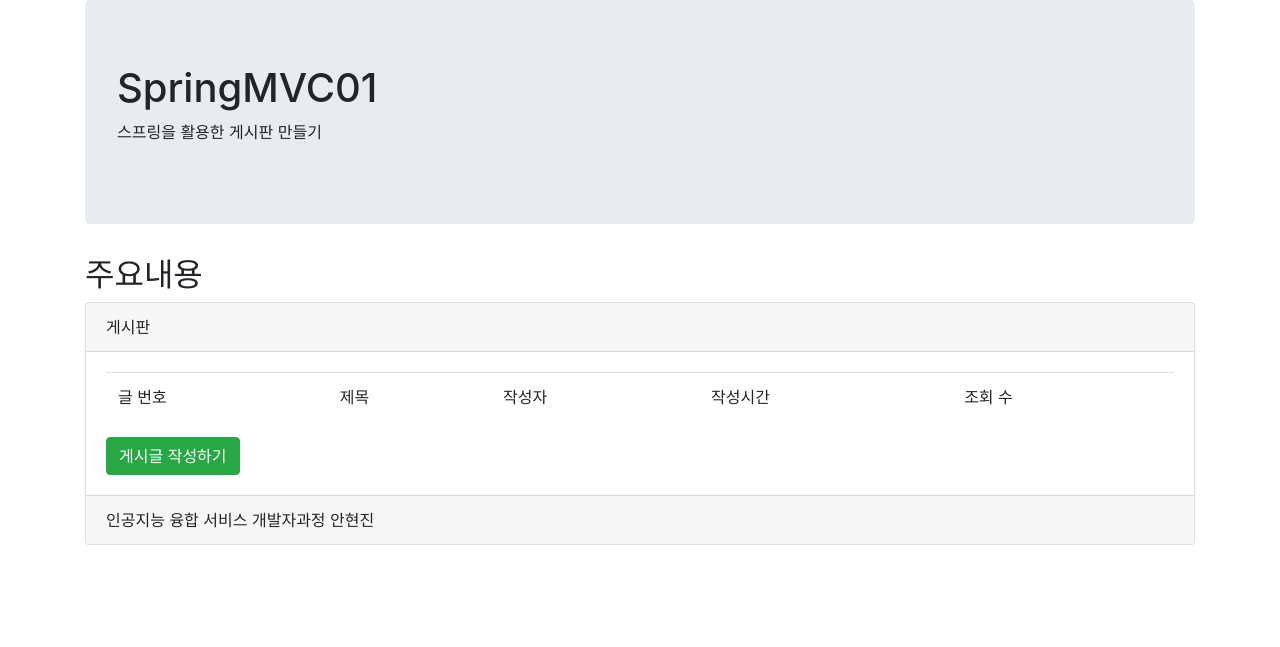
Repository: JangGunWook/Spring_webStudy
Page: http://localhost/SpringMVC01/WEB-INF/views/boardList.jsp
These files come from the project's save history. The page is drawn as it stood at one moment and after the next save; the edit follows.
The browser window is 1280 px wide. The pictures show the whole page.
The page is served by Tomcat 9. Nobody is signed in. Other server files are loaded and not shown. The template is opened directly, without the code that normally fills it, so the values that code supplies are empty.

Above is the page before, as saved 2023-10-20 00:43:01.

### SpringMVC01/src/main/webapp/WEB-INF/views/boardList.jsp
<%@ page language="java" contentType="text/html; charset=UTF-8"
	pageEncoding="UTF-8"%>
<%@taglib prefix="c" uri="http://java.sun.com/jsp/jstl/core" %>
<!DOCTYPE html>
<html lang="en">
<head>
<title>Bootstrap Example</title>
<meta charset="utf-8">
<meta name="viewport" content="width=device-width, initial-scale=1">
<link rel="stylesheet"
	href="https://cdn.jsdelivr.net/npm/bootstrap@4.6.2/dist/css/bootstrap.min.css">
<script
	src="https://cdn.jsdelivr.net/npm/jquery@3.6.4/dist/jquery.min.js"></script>
<script
	src="https://cdn.jsdelivr.net/npm/popper.js@1.16.1/dist/umd/popper.min.js"></script>
<script
	src="https://cdn.jsdelivr.net/npm/bootstrap@4.6.2/dist/js/bootstrap.bundle.min.js"></script>
</head>
<body>

	<div class="container">
		<div class="jumbotron">
			<h1>SpringMVC01</h1>
			<p>스프링을 활용한 게시판 만들기</p>
		</div>

		<h2>주요내용</h2>
		<div class="card">
			<div class="card-header">게시판</div>
			<div class="card-body">
				<table class="table table-hover">
					<thead>

						<tr>
							<td>글 번호</td>
							<td>제목</td>
							<td>작성자</td>
							<td>작성시간</td>
							<td>조회 수</td>
						</tr>
					</thead>
					<tbody>
					<c:forEach var="item" items="${boardList}">
						<tr>
							<td>${item.idx}</td>
							<td><a href="detail?idx=${item.idx}">${item.title}</a></td>
							<td>${item.writer}</td>
							<td>${item.indate}</td>
							<td>${item.count}</td>
							<td><a class="btn btn-primary" href="delete?idx=${item.idx}">삭제</a></td>
						</tr>
						</c:forEach>
					</tbody>
				</table>

				<a href="goWrite" class="btn btn-success">게시글 작성하기</a>

			</div>
			<div class="card-footer">인공지능 융합 서비스 개발자과정 안현진</div>
		</div>

	</div>
<script scr="resources/js/list.js"></script>
</body>
</html>

After the next save:
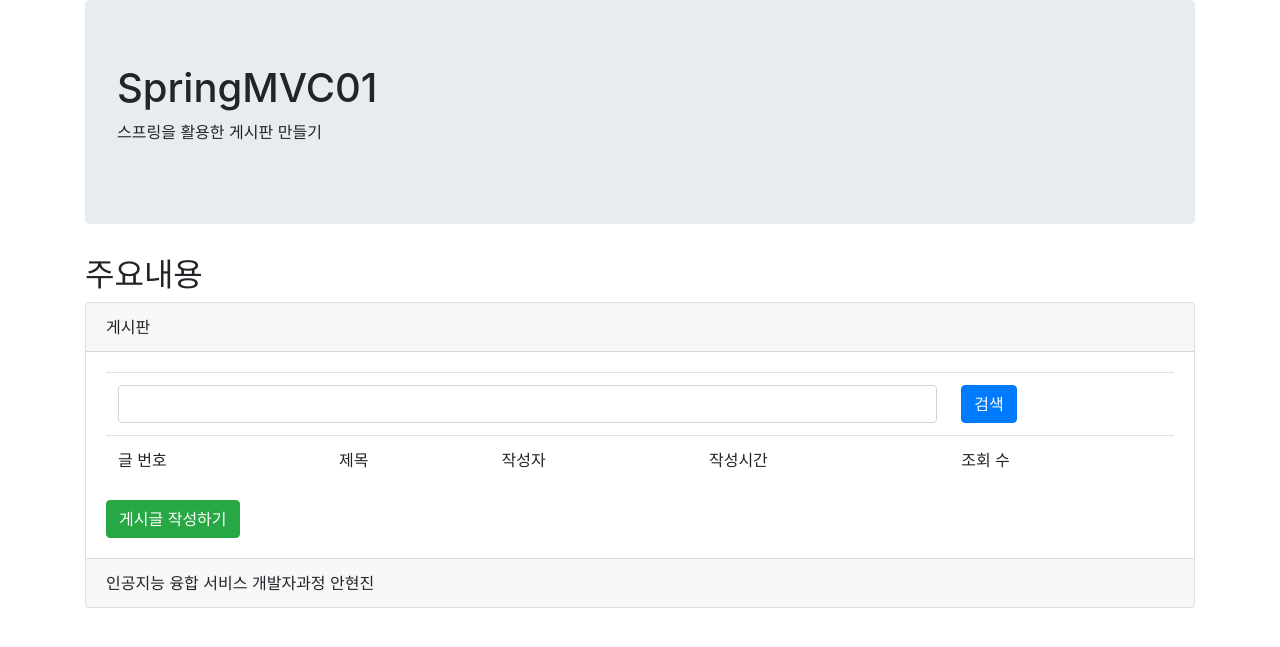
Saved 44 s later.
--- a/SpringMVC01/src/main/webapp/WEB-INF/views/boardList.jsp
+++ b/SpringMVC01/src/main/webapp/WEB-INF/views/boardList.jsp
@@ -30,7 +30,14 @@
 			<div class="card-body">
 				<table class="table table-hover">
 					<thead>
-
+						<tr>
+							<td colspan="4">
+								<input class="form-control" type="text" id="search">
+							</td>
+							<td>
+								<button class="btn btn-primary" id="searchBtn">검색</button>
+							</td>
+						</tr>
 						<tr>
 							<td>글 번호</td>
 							<td>제목</td>
